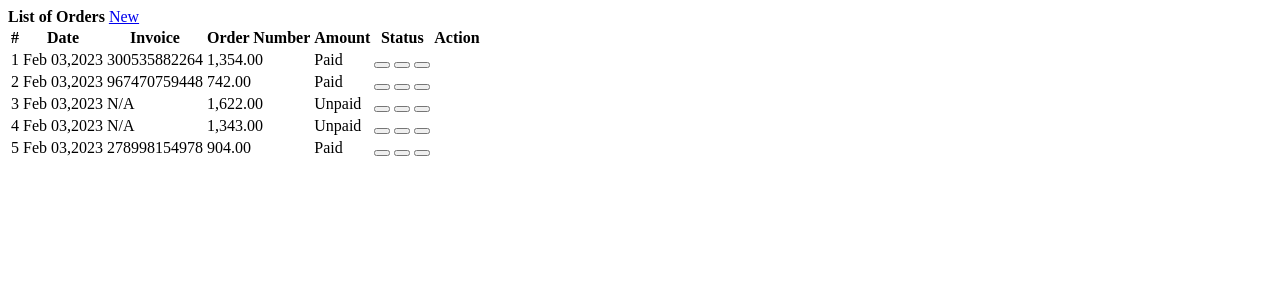
Repository: JyrossC/POS-PHP
Page: http://localhost/POS System/orders.php
The author's editor kept a copy of each file at every save. The page is drawn from the files as they stood at one save, then again after the next save.
The browser window is 1280 px wide. The pictures show the whole page.
The page is run by PHP 8.4 with error messages shown; the project is at /var/www/html/. The database holds what the project's SQL file puts in it.

Above is the page before, as saved 2024-09-04 12:50:53.
Console error: ReferenceError: $ is not defined

After the next save:
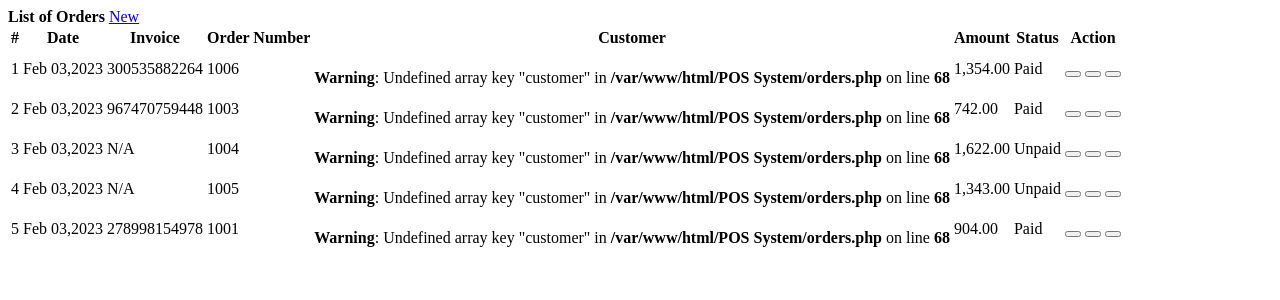
Saved 15 s later.
--- a/POS System/orders.php
+++ b/POS System/orders.php
@@ -42,6 +42,7 @@
 									<th>Date</th>
 									<th>Invoice</th>
 									<th>Order Number</th>
+									<th>Customer</th>
 									<th>Amount</th>
 									<th>Status</th>
 									<th>Action</th>
@@ -61,7 +62,11 @@
 									<td>
 										<p> <?php echo $row['amount_tendered'] > 0 ? $row['ref_no'] : 'N/A' ?></p>
 									</td>
-
+									<td>
+										<p><?php echo $row['order_number'] ?></p>
+									</td><td>
+										<p><?php echo $row['customer'] ?></p>
+									</td>
 									<td>
 										<p class="text-right"> <?php echo number_format($row['total_amount'],2) ?></p>
 									</td>

After the save that followed:
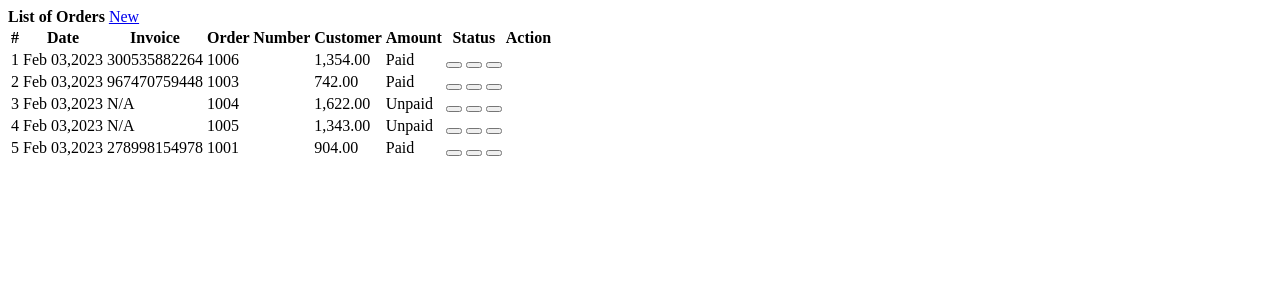
Saved 32 s later.
--- a/POS System/orders.php
+++ b/POS System/orders.php
@@ -64,8 +64,6 @@
 									</td>
 									<td>
 										<p><?php echo $row['order_number'] ?></p>
-									</td><td>
-										<p><?php echo $row['customer'] ?></p>
 									</td>
 									<td>
 										<p class="text-right"> <?php echo number_format($row['total_amount'],2) ?></p>
